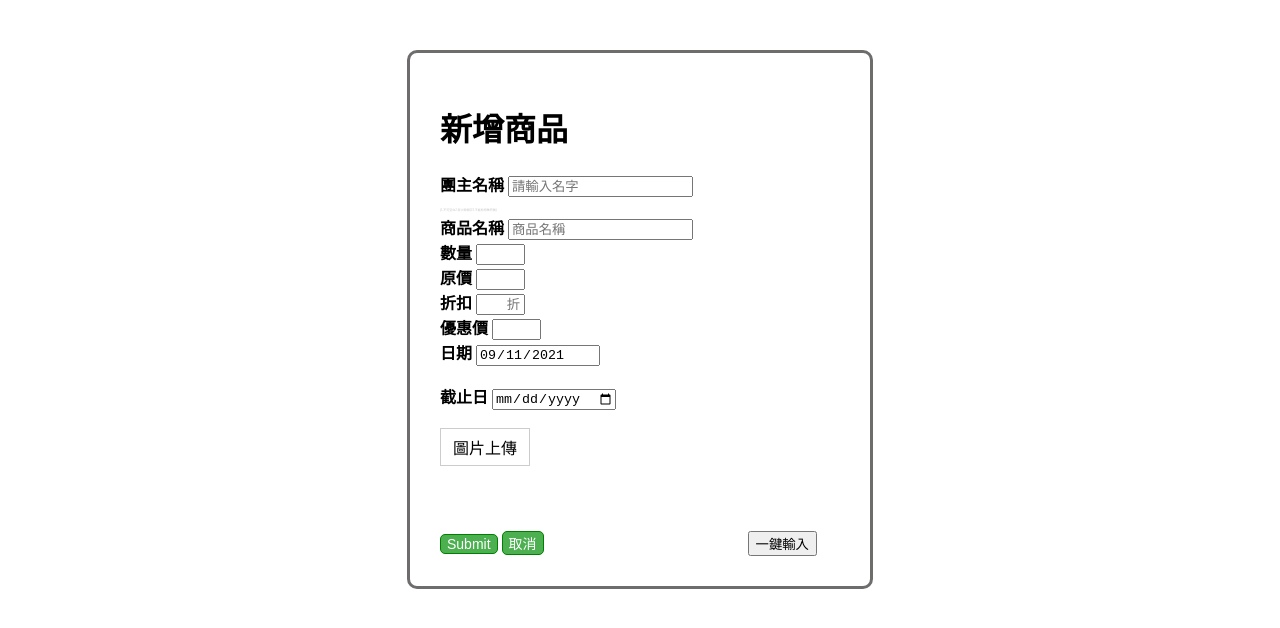
Repository: irlmpbfhvf2009/2021-09-17-Pro2-MVC
Page: http://localhost/Groupon/Manage-add.jsp
An editor plug-in stored every save of this project. The page is shown before and after the next save, followed by the edit.
The browser window is 1280 px wide. The pictures show the whole page.
The page is served by Tomcat 9.

Above is the page before, as saved 2021-09-13 13:55:07.

After the next save:
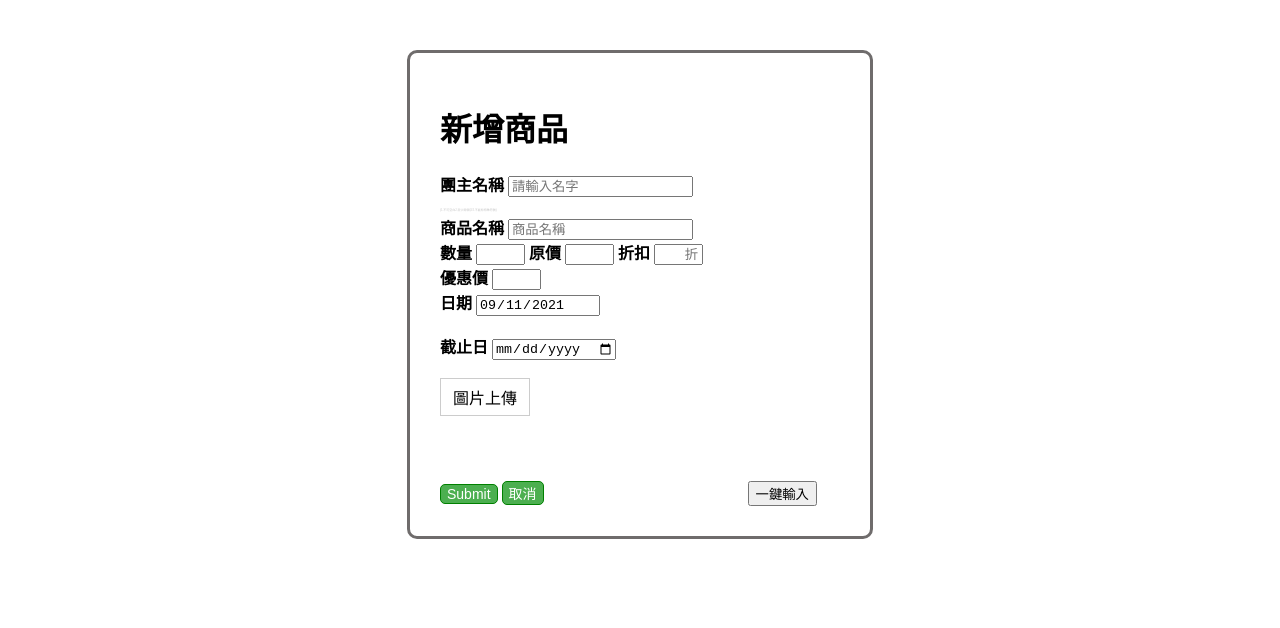
Saved 8 s later.
--- a/Groupon/src/main/webapp/Manage-add.jsp
+++ b/Groupon/src/main/webapp/Manage-add.jsp
@@ -38,10 +38,10 @@ img{float=none;}
 			<span class="spproductname"></span><br>
 
 			<!-- 數量 -->
-			<strong>數量 </strong><input type="text" name="quantity" required class="quantity" maxlength="3" size="3"><br>
+			<strong>數量 </strong><input type="text" name="quantity" required class="quantity" maxlength="3" size="3">
 
 			<!-- 原價 -->
-			<strong>原價 </strong><input type="text" class="price" required name="price" maxlength="6" size="3"><br>
+			<strong>原價 </strong><input type="text" class="price" required name="price" maxlength="6" size="3">
 
 			<!-- 折扣 -->
 			<strong>折扣 </strong><input type="text" class="discount" required name="discount" maxlength="2" size="3" placeholder="　　折">
